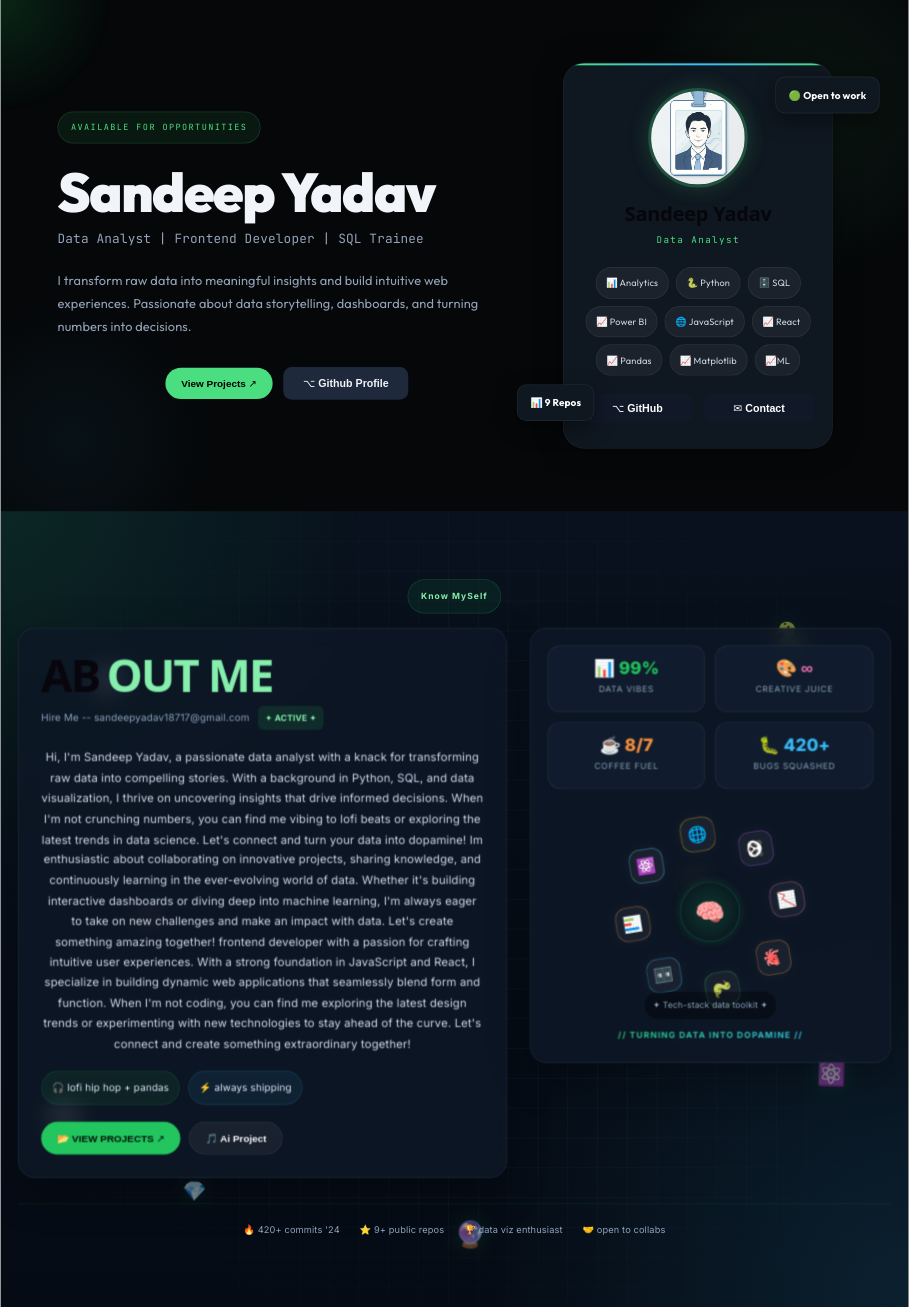
Repository: SandeepYadav18717/sandeepyadav
Page: / (app in Datanaltics_ portfolio/)
An editor plug-in stored every save of this project. The page is shown before and after the next save, followed by the edit.
The browser window is 1280 px wide. The pictures show the whole page, at 71% of full size.
The project was rebuilt for these pictures with package versions that can differ from the ones it lists, and the page was loaded fresh each time. Also part of the build but not shown: Datanaltics_ portfolio/vite.config.js, Datanaltics_ portfolio/src/App.css.

Above is the page before, as saved 2026-05-23 08:34:42.

### Datanaltics_ portfolio/index.html
<!doctype html>
<html lang="en">
  <head>
    <meta charset="UTF-8" />
    <link rel="icon" type="image/svg+xml" href="/favicon.svg" />
    <meta name="viewport" content="width=device-width, initial-scale=1.0" />
    <title>javascript</title>
  </head>
  <body>
    <div id="root"></div>
    <script type="module" src="/src/main.jsx"></script>
  </body>
</html>

### Datanaltics_ portfolio/src/index.css
:root {
  --text: #6b6375;
  --text-h: #08060d;
  --bg: #fff;
  --border: #e5e4e7;
  --code-bg: #f4f3ec;
  --accent: #aa3bff;
  --accent-bg: rgba(170, 59, 255, 0.1);
  --accent-border: rgba(170, 59, 255, 0.5);
  --social-bg: rgba(244, 243, 236, 0.5);
  --shadow:
    rgba(0, 0, 0, 0.1) 0 10px 15px -3px, rgba(0, 0, 0, 0.05) 0 4px 6px -2px;

  --sans: system-ui, 'Segoe UI', Roboto, sans-serif;
  --heading: system-ui, 'Segoe UI', Roboto, sans-serif;
  --mono: ui-monospace, Consolas, monospace;

  font: 18px/145% var(--sans);
  letter-spacing: 0.18px;
  color-scheme: light dark;
  color: var(--text);
  background: var(--bg);
  font-synthesis: none;
  text-rendering: optimizeLegibility;
  -webkit-font-smoothing: antialiased;
  -moz-osx-font-smoothing: grayscale;

  @media (max-width: 1024px) {
    font-size: 16px;
  }
}

@media (prefers-color-scheme: dark) {
  :root {
    --text: #9ca3af;
    --text-h: #f3f4f6;
    --bg: #16171d;
    --border: #2e303a;
    --code-bg: #1f2028;
    --accent: #c084fc;
    --accent-bg: rgba(192, 132, 252, 0.15);
    --accent-border: rgba(192, 132, 252, 0.5);
    --social-bg: rgba(47, 48, 58, 0.5);
    --shadow:
      rgba(0, 0, 0, 0.4) 0 10px 15px -3px, rgba(0, 0, 0, 0.25) 0 4px 6px -2px;
  }

  #social .button-icon {
    filter: invert(1) brightness(2);
  }
}

body {
  margin: 0;
}

#root {
  width: 1126px;
  max-width: 100%;
  margin: 0 auto;
  text-align: center;
  border-inline: 1px solid var(--border);
  min-height: 100svh;
  display: flex;
  flex-direction: column;
  box-sizing: border-box;
}

h1,
h2 {
  font-family: var(--heading);
  font-weight: 500;
  color: var(--text-h);
}

h1 {
  font-size: 56px;
  letter-spacing: -1.68px;
  margin: 32px 0;
  @media (max-width: 1024px) {
    font-size: 36px;
    margin: 20px 0;
  }
}
h2 {
  font-size: 24px;
  line-height: 118%;
  letter-spacing: -0.24px;
  margin: 0 0 8px;
  @media (max-width: 1024px) {
    font-size: 20px;
  }
}
p {
  margin: 0;
}

code,
.counter {
  font-family: var(--mono);
  display: inline-flex;
  border-radius: 4px;
  color: var(--text-h);
}

code {
  font-size: 15px;
  line-height: 135%;
  padding: 4px 8px;
  background: var(--code-bg);
}

### Datanaltics_ portfolio/src/App.jsx
import { useState } from 'react'

// import heroImg from './assets/hero.png'
import './App.css'
import Button from './Components/button'
import Main_Page from './pages/Main.jsx'
import About from './pages/About.jsx'
function App() {
  const [count, setCount] = useState(0)

  return (
    <>
    <Main_Page />
    <About />
     </>
  )}
export default App

### Datanaltics_ portfolio/src/Components/button.jsx
function Button({id, text, onClick }) {
  return (
    <button id={id}onClick={onClick} className="btn">
      {text}
    </button>
  );
}
export default Button;

### Datanaltics_ portfolio/src/pages/Main.jsx
import Button from "../Components/button";
import "../Css/Main.css";
import photo from "../assets/image.png";

function Main_Page() {
  return (
    <div className="main-page">
      {/* LEFT SECTION */}
      <div className="left-section">
        <div id="Heading_1">Available for opportunities</div>

        <div id="Name">Sandeep Yadav</div>

        <div id="Heading_2">
          Data Analyst | Frontend Developer | SQL Trainee
        </div>

        <p id="Description">
          I transform raw data into meaningful insights and build intuitive web
          experiences. Passionate about data storytelling, dashboards, and
          turning numbers into decisions.
        </p>

        <Button
          text="View Projects ↗"
          onClick={() => window.open("https://github.com/SandeepYadav18717")}
        />
        <Button
          id="Github"
          text="⌥ Github Profile"
          onClick={() => window.open("https://github.com/SandeepYadav18717")}
        />
      </div>
      {/* RIGHT SECTION */}
      <div className="profile-wrapper">
        <div className="floating-badge badge-top">🟢 Open to work</div>

        {/* FLOATING BADGE 2 */}
        <div className="floating-badge badge-bottom">📊 9 Repos</div>

        {/* PROFILE CARD */}
        <div className="profile-card">
          {/* PROFILE IMAGE */}
          <img src={photo} alt="Profile" id="Photo" />

          {/* NAME */}
          <h2 className="profile-name">Sandeep Yadav</h2>

          {/* ROLE */}
          <p className="profile-role"></p>

          {/* SKILLS */}
          <div className="skill-tags">
            <span>📊 Analytics</span>

            <span>🐍 Python</span>

            <span>🗄️ SQL</span>

            <span>📈 Power BI</span>

            <span>🌐 JavaScript</span>
            <span>📈 React</span>
            <span>📈 Pandas</span>
            <span>📈 Matplotlib</span>
            <span>📈ML </span>
          </div>

          {/* BUTTONS */}
          <div className="profile-buttons">
            {/* GITHUB */}
            <button
              className="github-btn"
              onClick={() =>
                window.open("https://github.com/SandeepYadav18717")
              }
            >
              ⌥ GitHub
            </button>

            {/* CONTACT */}
            <button
              className="contact-btn"
              onClick={() => window.open("https://linkedin.com")}
            >
              ✉ Contact
            </button>
          </div>
        </div>
      </div>
    </div>
  );
}

export default Main_Page;

### Datanaltics_ portfolio/src/pages/About.jsx
import React, { useEffect, useState } from "react";
import "../Css/About.css";
const stats = [
  { label: "DATA VIBES", value: "📊 99%", color: "green" },
  { label: "CREATIVE JUICE", value: "🎨 ∞", color: "pink" },
  { label: "COFFEE FUEL", value: "☕ 8/7", color: "orange" },
  { label: "BUGS SQUASHED", value: "🐛 420+", color: "blue" }
];

const techStack = [
  { name: "Python", icon: "🐍", color: "green" },
  { name: "SQL", icon: "🗄️", color: "blue" },
  { name: "Power BI", icon: "📊", color: "orange" },
  { name: "React", icon: "⚛️", color: "cyan" },
  { name: "JS/TS", icon: "🌐", color: "yellow" },
  { name: "Pandas", icon: "🐼", color: "purple" },
  { name: "Tableau", icon: "📈", color: "pink" },
  { name: "Git", icon: "🐙", color: "orange" }
];

const quotes = [
  "✨ turning chaos into insights ✨",
  "📈 data storyteller by heart 📈",
  "🎯 99.9% accuracy or bust 🎯",
  "🌀 live. laugh. analyze. 🌀",
  "🤖 python > everything 🤖"
];

const floatingElements = [
  { icon: "📊", left: "10%", top: "20%", delay: "0s", size: "2rem" },
  { icon: "🐍", left: "85%", top: "15%", delay: "0.5s", size: "2.5rem" },
  { icon: "⚛️", left: "90%", top: "70%", delay: "1s", size: "1.8rem" },
  { icon: "📈", left: "5%", top: "75%", delay: "0.3s", size: "2.2rem" },
  { icon: "🔮", left: "50%", top: "90%", delay: "0.8s", size: "2rem" },
  { icon: "💎", left: "20%", top: "85%", delay: "1.2s", size: "1.5rem" },
  { icon: "⚡", left: "75%", top: "45%", delay: "0.2s", size: "1.8rem" },
  { icon: "🎯", left: "15%", top: "50%", delay: "0.7s", size: "1.6rem" }
];

const About = () => {
  const [currentQuote, setCurrentQuote] = useState(0);
  const [glow, setGlow] = useState({ x: 0, y: 0 });

  useEffect(() => {
    const quoteInterval = setInterval(() => {
      setCurrentQuote((prev) => (prev + 1) % quotes.length);
    }, 3000);

    const handleMouseMove = (e) => {
      setGlow({ x: e.clientX, y: e.clientY });
    };

    window.addEventListener("mousemove", handleMouseMove);

    return () => {
      clearInterval(quoteInterval);
      window.removeEventListener("mousemove", handleMouseMove);
    };
  }, []);

  return (
    <section className="about-section">
      <div
        className="cursor-glow"
        style={{
          left: `${glow.x}px`,
          top: `${glow.y}px`
        }}
      />

      <div className="grid-bg" />

      {floatingElements.map((el, idx) => (
        <div
          key={idx}
          className="floating-icon"
          style={{
            left: el.left,
            top: el.top,
            fontSize: el.size,
            animationDelay: el.delay
          }}
        >
          {el.icon}
        </div>
      ))}

      <div className="about-container">
        <div className="badge-wrapper">
          <div className="section-badge">
           Know MySelf
          </div>
        </div>

        <div className="about-grid">
          <div className="about-card">
            <div className="name-block">
              <h2 className="name-title">
                <span className="glitch-text">AB</span>
                <span className="glitch-text accent">OUT ME</span>
              </h2>

              <div className="terminal-line">
                <span>Hire Me -- sandeepyadav18717@gmail.com</span>
                <span className="status-badge">✦ ACTIVE ✦</span>
              </div>
            </div>



            <p className="about-bio">
                Hi, I'm Sandeep Yadav, a passionate data analyst with a knack for transforming raw data into compelling stories. With a background in Python, SQL, and data visualization, I thrive on uncovering insights that drive informed decisions. When I'm not crunching numbers, you can find me vibing to lofi beats or exploring the latest trends in data science. Let's connect and turn your data into dopamine! Im enthusiastic about collaborating on innovative projects, sharing knowledge, and continuously learning in the ever-evolving world of data. Whether it's building interactive dashboards or diving deep into machine learning, I'm always eager to take on new challenges and make an impact with data. Let's create something amazing together! frontend developer with a passion for crafting intuitive user experiences. With a strong foundation in JavaScript and React, I specialize in building dynamic web applications that seamlessly blend form and function. When I'm not coding, you can find me exploring the latest design trends or experimenting with new technologies to stay ahead of the curve. Let's connect and create something extraordinary together!

            </p>

            <div className="highlights">
              <div className="highlight green">🎧 lofi hip hop + pandas</div>
              <div className="highlight blue">⚡ always shipping</div>
            </div>

            <div className="about-actions">
              <button className="btn btn-primary">📂 VIEW PROJECTS ↗</button>
              <button className="btn btn-secondary">🎵 Ai Project</button>
            </div>
          </div>

          <div className="about-side">
            <div className="stats-grid">
              {stats.map((stat, idx) => (
                <div key={idx} className={`stat-card ${stat.color}`}>
                  <div className="stat-value">{stat.value}</div>
                  <div className="stat-label">{stat.label}</div>
                </div>
              ))}
            </div>

            <div className="tech-orbit-container">
              <div className="tech-orbit">
                {techStack.map((tech, idx) => {
                  const angle = (idx / techStack.length) * 360;
                  const rad = (angle * Math.PI) / 180;
                  const radius = 110;
                  const x = Math.cos(rad) * radius;
                  const y = Math.sin(rad) * radius;

                  return (
                    <div
                      key={idx}
                      className={`tech-orb ${tech.color}`}
                      style={{
                        left: `calc(50% + ${x}px - 24px)`,
                        top: `calc(50% + ${y}px - 24px)`
                      }}
                      title={tech.name}
                    >
                      <span role="img" aria-label={tech.name}>
                        {tech.icon}
                      </span>
                    </div>
                  );
                })}
              </div>

              <div className="tech-core">🧠</div>
              <div className="tech-caption">✦ Tech-stack data toolkit ✦</div>
            </div>

            <div className="holo-line">// TURNING DATA INTO DOPAMINE //</div>
          </div>
        </div>

        <div className="about-footer">
          <div>🔥 420+ commits '24</div>
          <div>⭐ 9+ public repos</div>
          <div>🏆 data viz enthusiast</div>
          <div>🤝 open to collabs</div>
        </div>
      </div>
    </section>
  );
};

export default About;

### Datanaltics_ portfolio/src/Css/Main.css
/* GOOGLE FONT */
@import url("https://fonts.googleapis.com/css2?family=Outfit:wght@300;400;500;700;900&family=JetBrains+Mono:wght@400;700&display=swap");

* {
    margin: 0;
    padding: 0;
    box-sizing: border-box;
}

html,
body,
#root {
    width: 100%;
    min-height: 100vh;
    overflow-x: hidden;
    background: #050709;
    color: #f1f5f9;
    font-family: "Outfit", sans-serif;
}

.main-page {
    min-height: 100vh;
    width: 100%;
    display: grid;
    grid-template-columns: 1.2fr 0.8fr;
    align-items: center;
    gap: 40px;
    padding: 80px;
    position: relative;
    overflow: hidden;
    background: #050709;
}

.main-page::before {
    content: "";
    position: absolute;
    width: 500px;
    height: 500px;
    top: -100px;
    right: -100px;
    border-radius: 50%;
    background: radial-gradient(circle,
            rgba(74, 222, 128, 0.08),
            transparent 70%);
    z-index: 0;
    pointer-events: none;
}

.main-page::after {
    content: "";
    position: absolute;
    width: 400px;
    height: 400px;
    bottom: -100px;
    left: -100px;
    border-radius: 50%;
    background: radial-gradient(circle,
            rgba(56, 189, 248, 0.06),
            transparent 70%);
    z-index: 0;
    pointer-events: none;
}

.main-page * {
    position: relative;
    z-index: 1;
}

.content-left {
    display: flex;
    flex-direction: column;
    justify-content: center;
    align-items: flex-start;
    text-align: left;
}

#Heading_1 {
    width: fit-content;
    background: rgba(74, 222, 128, 0.08);
    border: 1px solid rgba(74, 222, 128, 0.2);
    color: #4ade80;
    padding: 8px 18px;
    border-radius: 50px;
    font-size: 12px;
    font-family: "JetBrains Mono", monospace;
    letter-spacing: 2px;
    text-transform: uppercase;
    margin-bottom: 30px;
}

#Name {
    font-size: clamp(45px, 6vw, 90px);
    font-weight: 900;
    line-height: 1;
    letter-spacing: -2px;
    margin-bottom: 15px;
    word-break: break-word;
    text-align: left;
}

#Heading_2 {
    color: #94a3b8;
    font-size: 18px;
    font-family: "JetBrains Mono", monospace;
    margin-bottom: 30px;
    text-align: left;
}

#Description {
    max-width: 650px;
    color: #94a3b8;
    font-size: 18px;
    line-height: 1.8;
    margin-bottom: 40px;
    text-align: left;
}

.photo-container {
    display: flex;
    justify-content: center;
    align-items: center;
    width: 100%;
}

#Photo {
    width: 100%;
    max-width: 400px;
    height: auto;
    margin-left: 0%;
    aspect-ratio: 1/1;
    border-radius: 30px;
    object-fit: cover;
    box-shadow: 0 0 40px rgba(74, 222, 128, 0.2);
}

button {
    width: fit-content;
    background: #4ade80;
    color: black;
    border: none;
    border-radius: 12px;
    padding: 14px 28px;
    font-size: 15px;
    font-weight: 700;
    cursor: pointer;
    transition: 0.3s;
    margin-left: 0px;
}

button:hover {
    background: #86efac;
    transform: translateY(-3px);
    box-shadow: 0 10px 30px rgba(74, 222, 128, 0.3);
}

#Github {
    background: #1e293b;

    color: #f1f5f9;

    border: none;

    padding: 14px 28px;

    border-radius: 12px;
    font-size: 15px;

    font-weight: 700;

    cursor: pointer;

    transition: 0.3s;

    margin-left: 15px;
}

#Github:hover {
    background: #334155;

    transform: translateY(-3px);

    box-shadow: 0 10px 30px rgba(74, 222, 128, 0.2);
}

@media (max-width: 1024px) {
    .main-page {
        grid-template-columns: 1fr;
        gap: 40px;
        padding: 60px 40px;
    }

    .photo-container {
        justify-content: flex-start;
    }

    #Photo {
        max-width: 320px;
    }
}

@media (max-width: 768px) {
    .main-page {
        padding: 40px 20px;
    }

    #Name {
        font-size: 42px;
        letter-spacing: -1px;
    }

    #Heading_2 {
        font-size: 15px;
    }

    #Description {
        font-size: 16px;
    }

    button {
        width: 100%;
    }

    #Photo {
        max-width: 280px;
    }
}

/* WRAPPER */
.profile-wrapper {

    position: relative;

    display: flex;

    justify-content: center;

    align-items: center;
}

/* FLOATING BADGES */
.floating-badge {

    position: absolute;

    background: #0f1720;

    border: 1px solid rgba(255, 255, 255, 0.08);

    color: white;

    padding: 12px 18px;

    border-radius: 14px;

    font-size: 14px;

    font-weight: 600;

    box-shadow:
        0 10px 30px rgba(0, 0, 0, 0.4);

    z-index: 10;

    animation: float 3s ease-in-out infinite;
}

/* TOP BADGE */
.badge-top {

    top: 20px;

    right: -40px;
}

/* BOTTOM BADGE */
.badge-bottom {

    bottom: 30px;

    left: -40px;

    animation-delay: 1s;
}

/* FLOAT ANIMATION */
@keyframes float {

    0% {
        transform: translateY(0px);
    }

    50% {
        transform: translateY(-10px);
    }

    100% {
        transform: translateY(0px);
    }
}

/* PROFILE CARD */
.profile-card {

    width: 100%;

    max-width: 380px;

    background: #0f1720;

    border: 1px solid rgba(255, 255, 255, 0.06);

    border-radius: 30px;

    padding: 35px 25px;

    display: flex;

    flex-direction: column;

    align-items: center;

    justify-content: center;

    position: relative;

    overflow: hidden;

    box-shadow:
        0 0 40px rgba(0, 0, 0, 0.4);
}

/* TOP LINE */
.profile-card::before {

    content: "";

    position: absolute;

    top: 0;
    left: 0;

    width: 100%;
    height: 3px;

    background:
        linear-gradient(90deg,
            #4ade80,
            #38bdf8,
            #4ade80);
}

/* IMAGE */
#Photo {

    width: 140px;
    height: 140px;

    border-radius: 50%;

    object-fit: cover;

    border: 4px solid rgba(74, 222, 128, 0.3);

    margin-bottom: 20px;

    box-shadow:
        0 0 30px rgba(74, 222, 128, 0.2);
}

/* NAME */
.profile-name {

    font-size: 28px;

    font-weight: 800;

    margin-bottom: 8px;

}

/* ROLE */
.profile-role {

    color: #4ade80;

    font-size: 13px;

    font-family: 'JetBrains Mono', monospace;

    letter-spacing: 2px;

    margin-bottom: 25px;
}

.profile-role::after {
    content: "Data Analyst";

    animation: roles 6s infinite;

    color: #4ade80;
}

@keyframes roles {

    0% {
        content: "Machine learning";
    }

    33% {
        content: "Frontend Developer";
    }

    66% {
        content: "SQL Trainee";
    }

    100% {
        content: "Data Analyst";
    }
}

/* TAGS */
.skill-tags {

    display: flex;

    flex-wrap: wrap;

    justify-content: center;

    gap: 10px;

    margin-bottom: 25px;
}

/* SINGLE TAG */
.skill-tags span {

    background: rgba(255, 255, 255, 0.05);

    border: 1px solid rgba(255, 255, 255, 0.08);

    padding: 8px 14px;

    border-radius: 50px;

    font-size: 13px;

    color: #cbd5e1;
}

/* BUTTONS */
.profile-buttons {

    width: 100%;

    display: flex;

    gap: 15px;
}

/* GITHUB */
.github-btn {

    flex: 1;

    background: #111827;

    color: white;

    border: none;

    padding: 12px;

    border-radius: 12px;

    font-weight: 700;

    cursor: pointer;

    transition: 0.3s;
}

.github-btn:hover {

    background: #1f2937;

    transform: translateY(-3px);
}

/* CONTACT */
.contact-btn {

    flex: 1;

    background: #111827;

    color: white;

    border: none;

    padding: 12px;

    border-radius: 12px;

    font-weight: 700;

    cursor: pointer;

    transition: 0.3s;
}

.contact-btn:hover {

    background: #1f2937;

    transform: translateY(-3px);
}

/* MOBILE FIX */
@media(max-width:768px) {

    .profile-wrapper {

        margin-top: 30px;
    }

    .badge-top {

        top: -10px;

        right: 0;
    }

    .badge-bottom {

        bottom: -10px;

        left: 0;
    }

    .profile-card {

        max-width: 320px;
    }

    .profile-buttons {

        flex-direction: column;
    }
}

Loaded but not shown: Datanaltics_ portfolio/src/main.jsx (common file); Datanaltics_ portfolio/src/Css/About.css (467 lines, source omitted)

After the next save:
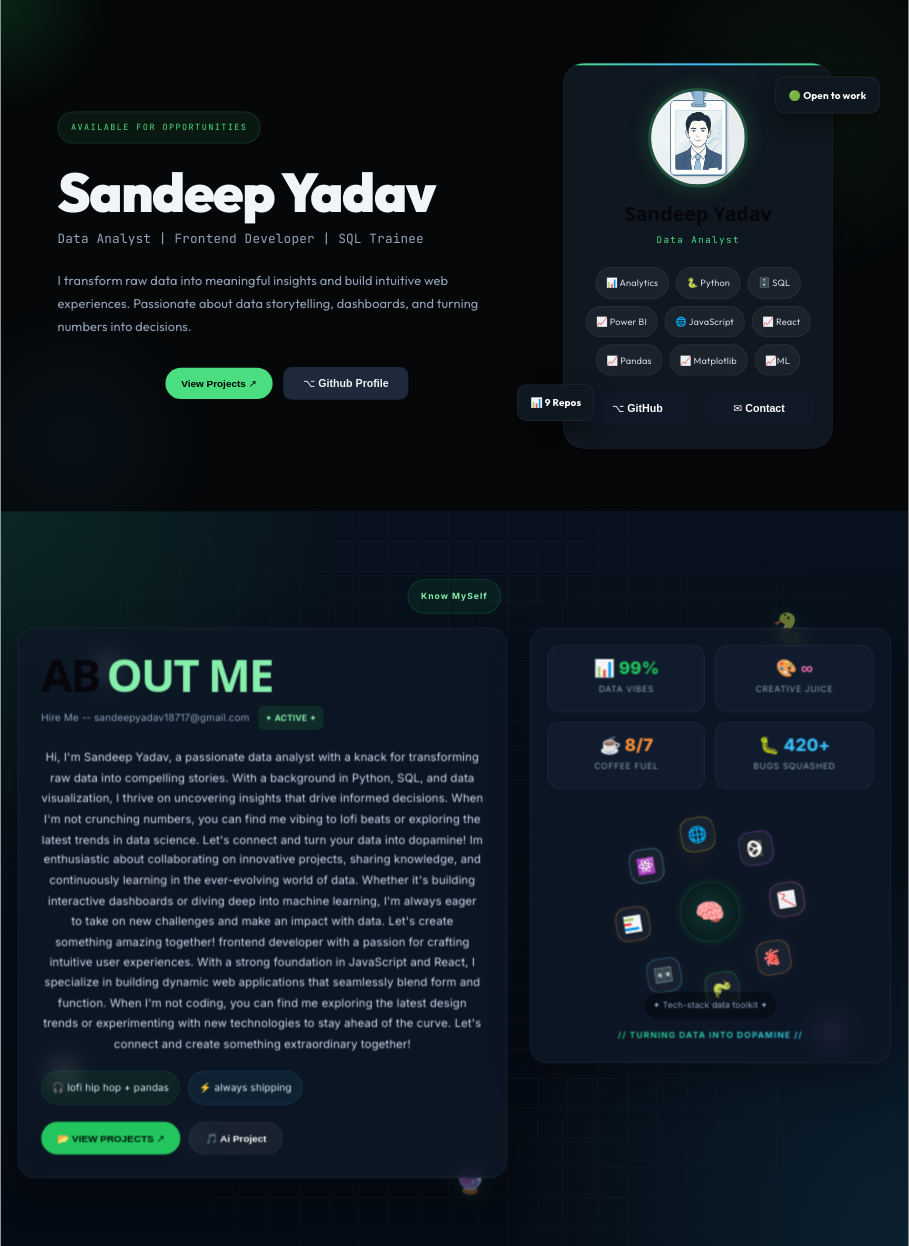
Saved 42 s later.
--- a/Datanaltics_ portfolio/src/pages/About.jsx
+++ b/Datanaltics_ portfolio/src/pages/About.jsx
@@ -169,12 +169,7 @@ const About = () => {
           </div>
         </div>
 
-        <div className="about-footer">
-          <div>🔥 420+ commits '24</div>
-          <div>⭐ 9+ public repos</div>
-          <div>🏆 data viz enthusiast</div>
-          <div>🤝 open to collabs</div>
-        </div>
+
       </div>
     </section>
   );
